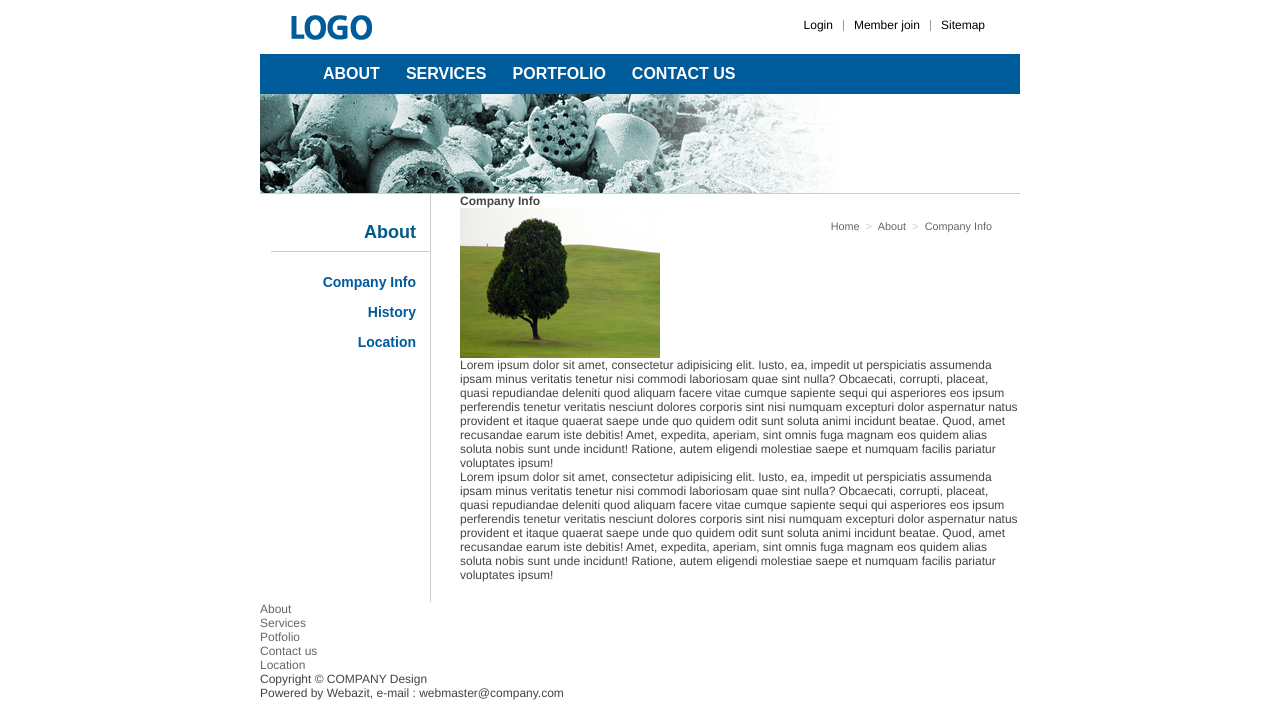
Repository: ssummini/Web
Page: CSS/src/main/webapp/10_webPage/index.html
These files come from the project's save history. The page is drawn as it stood at one moment and after the next save; the edit follows.
The browser window is 1280 px wide. The pictures show the whole page.
Some web fonts or font styles are not loaded; a fallback is used.

Above is the page before, as saved 2024-08-16 07:49:05.

### CSS/src/main/webapp/10_webPage/index.html
<!DOCTYPE html>
<html>
<head>
<meta charset="UTF-8">
<title>Insert title here</title>
<link rel="stylesheet" href="./main.css">
</head>
<body>
<dl class="skip">
	<dt class="blind">skip navigation</dt>
	<dd><a href="#content">skip to content</a></dd>
</dl><!-- skip -->
<hr/>

<div id="wrap">
	<div id="header">
		<h1 class="logo"><a href="#">LOGO</a></h1>

		<dl class="topnav">
			<dt class="blind">top navigation</dt>
			<dd><a href="#">Login</a></dd>
			<dd><a href="#">Member join</a></dd>
			<dd><a href="#">Sitemap</a></dd>
		</dl>

		<h2 class="blind">main navigation</h2>
		<ul class="mainnav">
			<li><a href="#">About</a></li>
			<li><a href="#">Services</a></li>
			<li><a href="#">Portfolio</a></li>
			<li><a href="#">Contact us</a></li>
		</ul>
	</div><!-- header -->
	<hr/>

	<div id="container">
		<div class="snb">
			<h2>About</h2>
			<ul>
				<li><a href="#">Company Info</a></li>
				<li><a href="#">History</a></li>
				<li><a href="#">Location</a></li>
			</ul>
		</div><!-- snb -->
		<hr/>

		<div id="content">
			<p class="locate">
				<a href="#">Home</a> &gt;
				<a href="#">About</a> &gt;
				<strong>Company Info</strong>
			</p>

			<h2>Company Info</h2>

			<p>
				<img src="../image/treethum.png" alt="tree thumnail photo">
			</p>

			<p>Lorem ipsum dolor sit amet, consectetur adipisicing elit. Iusto, ea, impedit ut
            perspiciatis assumenda ipsam minus veritatis tenetur nisi commodi laboriosam
            quae sint nulla? Obcaecati, corrupti, placeat, quasi repudiandae deleniti quod
            aliquam facere vitae cumque sapiente sequi qui asperiores eos ipsum perferendis
            tenetur veritatis nesciunt dolores corporis sint nisi numquam excepturi dolor
            aspernatur natus provident et itaque quaerat saepe unde quo quidem odit sunt
            soluta animi incidunt beatae. Quod, amet recusandae earum iste debitis! Amet,
            expedita, aperiam, sint omnis fuga magnam eos quidem alias soluta nobis sunt
            unde incidunt! Ratione, autem eligendi molestiae saepe et numquam facilis
            pariatur voluptates ipsum!</p>
			<p>Lorem ipsum dolor sit amet, consectetur adipisicing elit. Iusto, ea, impedit ut
            perspiciatis assumenda ipsam minus veritatis tenetur nisi commodi laboriosam
            quae sint nulla? Obcaecati, corrupti, placeat, quasi repudiandae deleniti quod
            aliquam facere vitae cumque sapiente sequi qui asperiores eos ipsum perferendis
            tenetur veritatis nesciunt dolores corporis sint nisi numquam excepturi dolor
            aspernatur natus provident et itaque quaerat saepe unde quo quidem odit sunt
            soluta animi incidunt beatae. Quod, amet recusandae earum iste debitis! Amet,
            expedita, aperiam, sint omnis fuga magnam eos quidem alias soluta nobis sunt
            unde incidunt! Ratione, autem eligendi molestiae saepe et numquam facilis
            pariatur voluptates ipsum!</p>
		</div><!-- content -->
	</div><!-- container -->
	<hr/>

	<div id="footer">
		<dl class="btmnav">
			<dt class="blind">bottom navigation</dt>
				<dd><a href="#">About</a></dd>
				<dd><a href="#">Services</a></dd>
				<dd><a href="#">Potfolio</a></dd>
				<dd><a href="#">Contact us</a></dd>
				<dd><a href="#">Location</a></dd>
		</dl>

    	<p class="copy">
			Copyright &copy; COMPANY Design<br>
			Powered by Webazit, e-mail : webmaster@company.com
		</p>
	</div><!-- footer -->
</div><!--  wrap -->
</body>
</html>
<!--
Skip Navigation
Skip Navigation 사용하는 가장 큰 이유는 사용자 편의 및 웹 접근성이다.

웹 접근성이라고 하면 우리나라에서는 장애인에 대한 편의를 제공하는 것이다.

본문으로 이동하기 위해서는 대 메뉴와 좌측 메뉴 등과 같이 반복적으로 제공되는 링크를 모두 거쳐야만 한다. 즉, Tab키/방향키을 반복적으로 눌러야하는 불필요한 행동을 해야하는 것이다. 이는 웹 접근성을 저해하는 주요인이 된다. 그래서 사용자 특히 장애인이 반복적인 링크들로 인해 불편해 하지 않고, 원하는 영역 즉 ‘본문’으로 바로 이동할 수 있는 건너뛰기 링크를 반드시 제공해야 한다.

하지만 더 큰 범위에서는 정상적으로 쓸 수 없는 상황에 대해서도 편의를 제공하는 것이다.

가령 내가 마우스가 고장났다면?
또는 키보드를 못쓴다면?

여기서 Skip Navigation는 키보드만으로 접근을 하는 사용자를 위한 편의를 제공하는 경우도 있다
마우스로 우리가 보고자 하는 본문 내용 쪽으로 포커스를 움직인다면 편리하겠지만,
키보드만으로 쓰는 경우는 본문으로 가기까지 거쳐야 하는 메뉴들이 많다.
그래서 HTML 가장 상단에 Skip Navigation를 만들어 놓는다.

Skip Navigation는 <body>다음으로 나오는 것이 가장 적절하다

[본문 바로가기]  [메뉴 바로가기]  [하단정보 바로가기]
등의 Skip Navigation가 가장 많다.

HTML
<div class="skipnav">
<ul>
    <li><a href="본문 아이디값">본문으로 이동</a></li>
    <li><a href="하단정보 아이디값">하단정보 바로가기</a></li>
</ul>
</div>

CSS
.skipnav a {display:none}
.skipnav a:focus,
.skipnav a:active {display:block;}

css 는 만들기 나름이다. js나 css3를 써서 움직임을 줄 수도 있고,
position을 이용하여 display:none이 아닌 화면에서 보이지 않게 한 후 포커스가 가면 나오게 할 수도 있다.
 -->

### CSS/src/main/webapp/10_webPage/main.css
@charset "UTF-8";

@import url("./reset.css");

/* '나눔고딕체'이고, 웹 폰트를 활용 */
@import url("http://fonts.googleapis.com/earlyaccess/nanumgothic.css");

hr {
	display: none;
}

.blind {
	display: none;
	overflow: hidden;
	position: absolute;
	left: 0;
	top: -1000em;
}

/* skip css */
.skip a {
	display: block;
	overflow: hidden;
	position: absolute;
	left: 0;
	top: -1000em;
	z-index: 9999;
	width: 100%;
	background-color: navy;
	color: white;
	font: bold 1.3em Tahoma, sans-serif;
	text-decoration: none;
	text-align: center;
}

.skip a:hover, .skip a:active, .skip a:focus {
	top: 0;
	padding: 0.5em 0;
}

/* 가로 너비 지정 및 가운데 정렬 */
#wrap {
	width: 760px;
	margin: 0 auto;
}

/* header 시작 */
/* 어떤 영역에 'position: absolute'를 지정할 경우에는,
   그 영역을 감싸는 부분에 반드시 'position: relative'를 지정한다.
   그 상위 영역이 'absolute' 위치의 기준이 된다.*/

#header {
	position: relative;
	padding-bottom: 99px;
	border-bottom: 1px solid #cccccc;
	background: url("../image/bg_header.png") no-repeat 50% 100%;
}

.logo {
	padding: 12px 0 12px 26px;
}

.logo a {
	display: block;
	overflow: hidden;
	width: 90px;
	height: 30px;
	background: url("../image/logo.png") no-repeat;
	text-indent: -9999em; /* 들여쓰기, 양수이면 들여쓰기, 음수이면 내어쓰기가 된다. */
}
.topnav {
	position: absolute;
	right: 35px;
	top: 18px;
}

.topnav dd {
	float: left;
	padding-right: 11px;
	margin-right: 10px;
	background: url("../image/bg_topnav.png") no-repeat 100% 50%;

}

.topnav dd:last-child {
	padding-right: 0;
	margin-right: 0;
	background: none;
}

.topnav dd a {
	color: black;
	font-size: 9pt;
}

.mainnav {
	padding-left: 50px;
	background-color: #005B9B;
}

.mainnav:after {
	content: '';
	display: block;
	clear: both;
}

.mainnav li {
	float: left;
}

.mainnav li a {
	display: block;
	padding: 0 13px;
	background-color: #005B9B;
	color: #ffffff;
	font: bold 16px/40px 'Nanum Gothic', sans-serif;
	text-transform: uppercase;
	text-decoration: none;
}

.mainnav li a:hover {
	color: #660000;
	background-color: #ffcc00;
}
/* header 끝 */

/*
[형식]
font : 폰트두께 폰트크기/line-height 서체
*/
/* container 시작 */
#container {
	background: url("../image/bg_snb.png") repeat-y 170px 0;
	padding-bottom: 20px; /* container와 footer의 간격 지정*/
}

#container:after { /* float 해제 */
	content: '';
	display: block;
	clear: both;
}

/* snb 시작 */
.snb {
	float: left;
	width: 170px;
}

.snb h2 {
	padding: 28px 14px 8px 0;
	margin-left: 11px;
	margin-bottom: 15px;
	border-bottom: 1px solid #cccccc;
	color: #005B8B;
	font-family: 'Nanum Gothic', sans-serif;
	font-size: 18px;
	font-weight: bold;
	text-align: right;
}

.snb ul {
	margin-left: 11px;
}

.snb ul a {
	display: block;
	padding-right: 14px;
	color: #005B9B;
	font-family: 'Nanum Gothic', sans-serif;
	font-size: 14px;
	font-weight: bold;
	text-align: right;
	text-decoration: none;
	line-height: 30px;
}

.snb ul a:hover{
	color: #660000;
	text-decoration: underline;
}
/* snb 끝 */

/* content 시작 */
#content {
	position: relative;
	float: right;
	width: 560px;
}

.locate {
	position: absolute;
	right: 28px;
	top: 26px;
	color: #ccc;
	font-size: 0.9em;
	word-spacing: 0.3em;
}

.locate a {
	color: #666666;
}

.locate strong {
	font-weight: normal;
	color: #666666;
	word-spacing: 0em;
}
/* content 끝 */

/* container 끝 */

### CSS/src/main/webapp/10_webPage/reset.css
@charset "UTF-8";

/* reset css */
html, body {
   width: 100%;
   height: 100%;
}
html {
   overflow-y: scroll;
}
body, div, dl,dt,dd,ul,ol,li, h1,h2,h3,h4,h5,h6, form, fieldset, p, button {
   margin: 0;
   padding: 0;
}
body, h1,h2,h3,h4, input, textarea, button, select, option {
   font-family: '돋움', dotum, Helvetica, sans-serif;
   font-size: 12px;
   color: #444;
}
img, fieldset {
   border: 0;
}
li {
   list-style: none;
}
input, select, button {
   vertical-align: middle;
}
img {
   vertical-align: top;
}
em, address {
   font-style: normal;
}
a {
   color: #666;
   text-decoration: none;
}
a:hover, a:focus {
   color: #222;
   text-decoration: underline;
}
table {
   border-collapse: collapse; /* 이중테두리 없애기  */
}

After the next save:
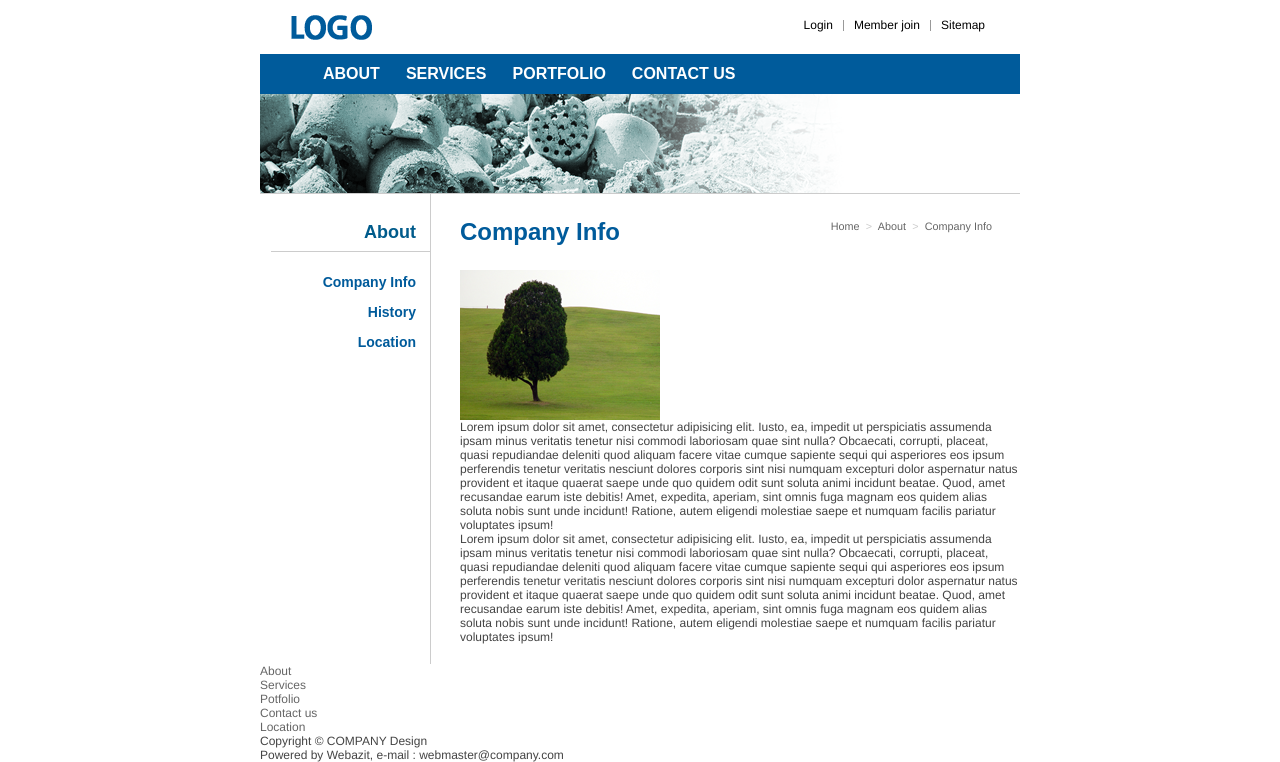
Saved 2 min 33 s later.
--- a/CSS/src/main/webapp/10_webPage/main.css
+++ b/CSS/src/main/webapp/10_webPage/main.css
@@ -205,6 +205,14 @@
 	color: #666666;
 	word-spacing: 0em;
 }
+
+#content h2 {
+	padding: 24px 0;
+	color: #005B9B;
+	font-family: 'Nanum Gothic', sans-serif;
+	font-size: 24px;
+	font-weight: bold;
+}
 /* content 끝 */
 
 /* container 끝 */
